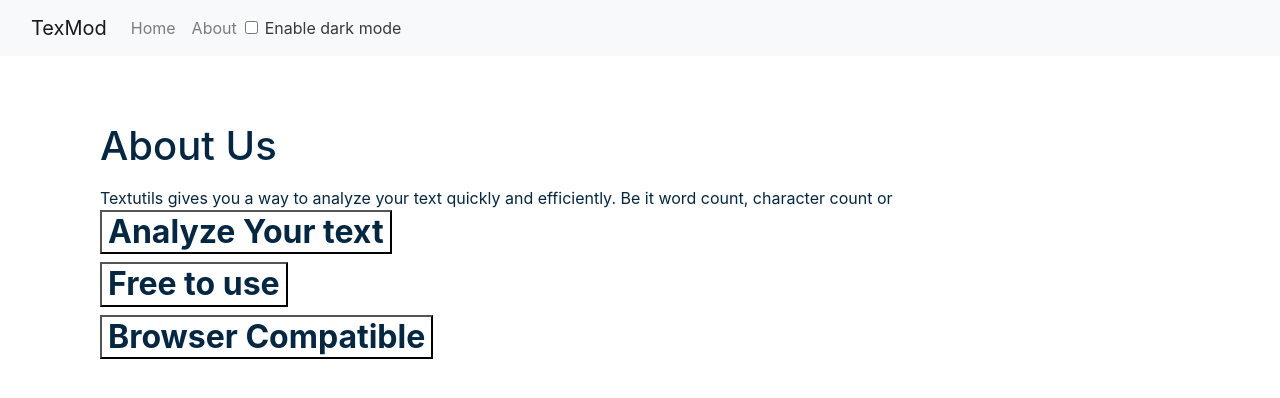
Repository: Ayush-dixit-15/TexMod
Page: /about
The author's editor kept a copy of each file at every save. The page is drawn from the files as they stood at one save, then again after the next save.
The browser window is 1280 px wide. The pictures show the whole page.
The project was rebuilt for these pictures with package versions that can differ from the ones it lists, and the page was loaded fresh each time. Also part of the build but not shown: src/App.css, src/components/TextForm.js.

Above is the page before, as saved 2022-07-01 14:03:55.

After the next save:
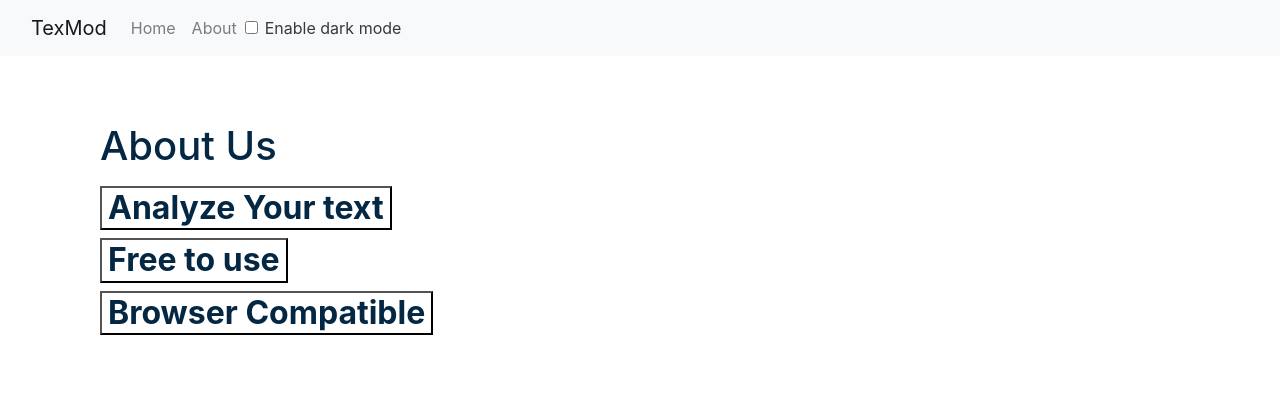
Saved 2 min 30 s later.
--- a/src/components/About.js
+++ b/src/components/About.js
@@ -15,10 +15,6 @@ export default function About(props) {
         <div className="container">
             <h1 className="my-3" style={{color: props.mode ==='dark'?'white':'#042743'}}>About Us</h1>
             <div id="collapseOne" className="accordion-collapse collapse show" aria-labelledby="headingOne" data-bs-parent="#accordionExample">
-                    <div className="accordion-body" style={myStyle}>
-                    Textutils gives you a way to analyze your text quickly and efficiently. Be it word count, character count or
-
-                    </div>
             <div className="accordion" id="accordionExample">
                 <div className="accordion-item">
                     <h2 className="accordion-header" id="headingOne">
